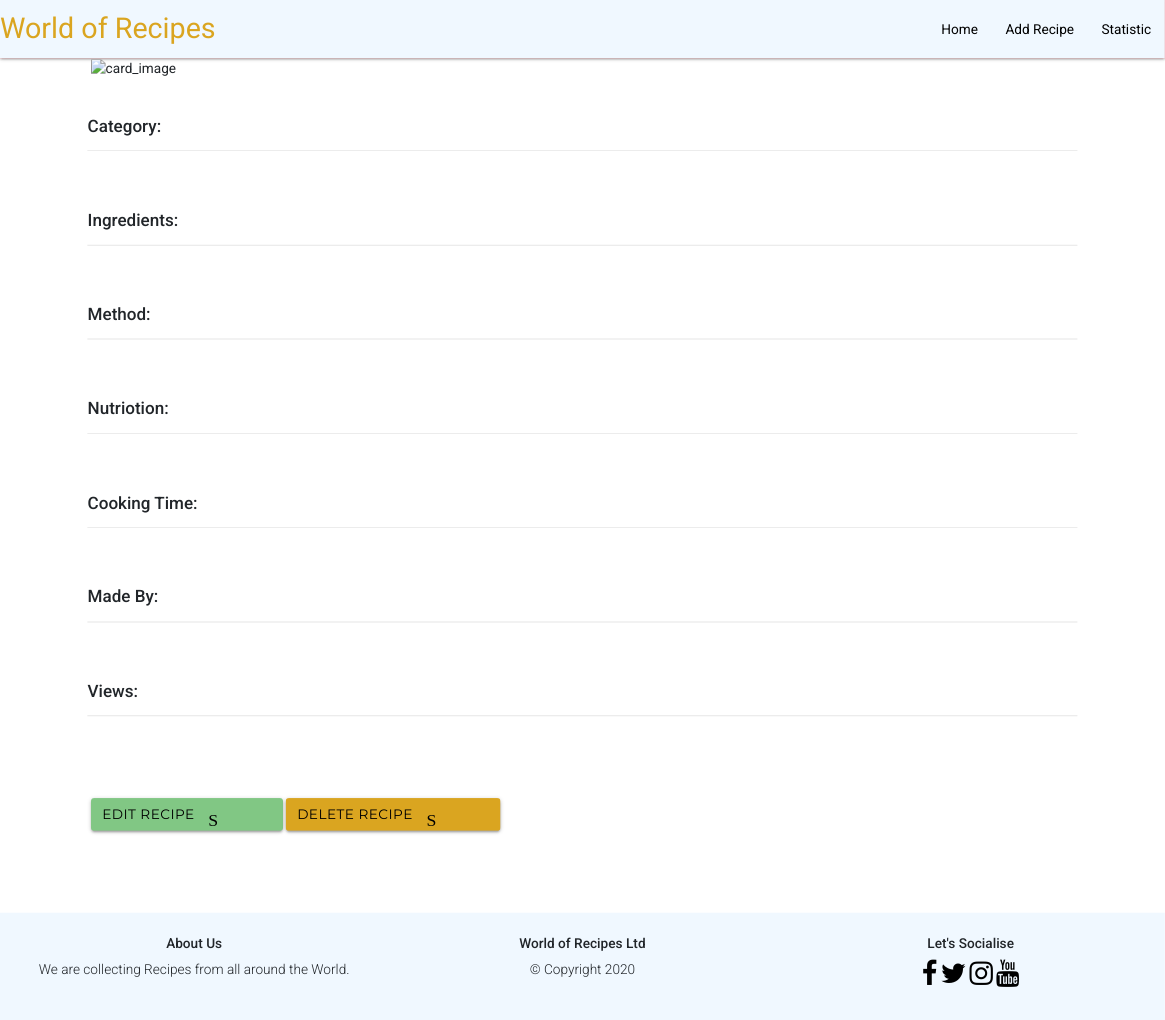
Repository: MarzDell/worldofrecipes
Page: templates/individual_recipe.html
The author's editor kept a record of every edit. The page is drawn from the files as they stood at one moment, then again after the next edit.
The browser window is 1280 px wide. The pictures show the whole page, at 91% of full size.
Some web libraries are served in a nearby version. The page is served by the project's application, run on Flask 3 (app.py). The template is opened directly, without the code that normally fills it, so the values that code supplies are empty.

Above is the page before.

### templates/individual_recipe.html
{% extends 'base.html' %} {% block content %}

<div class='container' style='line-height: 20px;'>
    <div class='view-image'>
        <img src="{{ recipe.img }}" alt='card_image' id='img_responsive'></img>
    </div>
    <h3 class='center-align'>{{ recipe.title }}</h3><br>
    <div class="{{url_for('insert', recipe_id=recipe._id) }}" method='POST' class='col s12'>
        <div class='row'>
            <div class='input-field col s12'>
                <div class='form-content'>
                    <h5>Category:</h5>
                    <span>{{ recipe.cateogories }}</span>
                    <hr>
                </div>
            </div>
        </div>
    </div>
         <div class='row'>
            <div class='input-field col s12'>
                <div class='form-content'>
                    <h5>Ingredients:</h5>
                    <span class='oth'>{{ recipe.ingredients}}</span>
                    <hr>
                </div>
            </div>
        </div>
         <div class='row'>
            <div class='input-field col s12'>
                <div class='form-content'>
                    <h5>Method:</h5>
                    <span class='oth'>{{ recipe.method }}</span>
                    <hr>
                </div>
            </div>
        </div>
        <div class='row'>
            <div class='input-field col s12'>
                <div class='form-content'>
                    <h5>Nutriotion:</h5>
                    <span class='oth'>{{ recipe.nutrition }}</span>
                    <hr>
                </div>
            </div>
        </div>
        <div class='row'>
            <div class='input-field col s12'>
                <div class='form-content'>
                    <h5>Cooking Time:</h5>
                    <span class='oth'>{{ recipe.time }}</span>
                    <hr>
                </div>
            </div>
        </div>
        <div class='row'>
            <div class='input-field col s12'>
                <div class='form-content'>
                    <h5>Made By:</h5>
                    <span class='oth'>{{ recipe.author }}</span>
                    <hr>
                </div>
            </div>
        </div><div class='row'>
            <div class='input-field col s12'>
                <div class='form-content'>
                    <h5>Views:</h5>
                    <span class='oth'>{{ recipe.views }}</span>
                    <hr>
                </div>
            </div>
        </div>

        <br>
        <br>
        <a href="{{ url_for('edit', recipe_id=recipe._id) }}"
        class='btn waves-effect waves-light edit-button green lighten-2'
        type='submit' name='edit'>Edit Recipe
        <i class='material-icons right'>Send</i></a>
        <a href="{{ url_for('delete', recipe_id=recipe._id) }}"
        onclick='javascript:return confirm ("Are you sure you want to delete this recipe?")'
        class="btn waves-effect waves-light sml_button accent-3"
        type='submit' name='action'>Delete Recipe
        <i class='material-icons right'>Send</i></a>
        <br>
        <br>
        <br>
        <br>
    </div>






{% endblock %}

### templates/base.html
<!DOCTYPE html>
<html lang="en">
<head>
    <link href="https://fonts.googleapis.com/icon?family=Material+Icons" rel="stylesheet">
    <link rel="stylesheet" href="https://cdnjs.cloudflare.com/ajax/libs/materialize/1.0.0/css/materialize.min.css">
    <link rel="stylesheet" href="https://maxcdn.bootstrapcdn.com/bootstrap/4.0.0/css/bootstrap.min.css" integrity="sha384-Gn5384xqQ1aoWXA+058RXPxPg6fy4IWvTNh0E263XmFcJlSAwiGgFAW/dAiS6JXm" crossorigin="anonymous">
    <link rel="stylesheet" href="https://maxcdn.bootstrapcdn.com/font-awesome/4.7.0/css/font-awesome.min.css" type="text/css" />
    <link rel="stylesheet" href="https://cdnjs.cloudflare.com/ajax/libs/hover.css/2.1.1/css/hover-min.css" type="text/css" />
    <link rel="stylesheet" href="{{ url_for('static', filename='css/style.css') }}" type="text/css" />
</head>
<body>
    <header>
        <nav>
            <div class="nav-wrapper">
                <a href="{{ url_for('index') }}" class="brand-logo">World of Recipes</a>


              <ul id="nav" class="right">
                    <li><a href="{{ url_for('view_recipe') }}">Home</a></li>
                    <li><a href="{{ url_for('add_recipe') }}">Add Recipe</a></li>
                    <li><a href="{{ url_for('stat') }}">Statistic</a></li>
                </ul>


            </div>
        </nav>
    </header>
    <div class='container'>
            {% block content %}
            {% endblock %}
    </div>

    <footer class="container-fluid ">
            <div class="row ">
                <div class="col-sm-4 ">
                    <h6 class="general about">About Us</h6>
                    <p class="inline-block ">
                        We are collecting Recipes from all around the World.
                    </p>
                </div>
                <div class="col-sm-4 ">
                    <h6 class="general copyright">World of Recipes Ltd</h6>
                    <p class="inline-block">
                        &copy; Copyright 2020
                    </p>
                </div>
                <div class="col-sm-4 ">
                    <h6 class="general social">Let's Socialise</h6>
                    <ul class="list-inline social-links ">
                        <li><a target="_blank" href="# "><i class="fa fa-facebook "></i></a></li>
                        <li><a target="_blank" href="# "><i class="fa fa-twitter "></i></a></li>
                        <li><a target="_blank" href="# "><i class="fa fa-instagram "></i></a></li>
                        <li><a target="_blank" href="# "><i class="fa fa-youtube "></i></a></li>
                    </ul>
                </div>
            </div>
        </footer>


    <script src="https://cdnjs.cloudflare.com/ajax/libs/jquery/3.4.1/jquery.min.js"></script>
    <script src="https://cdnjs.cloudflare.com/ajax/libs/materialize/1.0.0/js/materialize.min.js"></script>
    <script src="https://maxcdn.bootstrapcdn.com/bootstrap/4.0.0/js/bootstrap.min.js" integrity="sha384-JZR6Spejh4U02d8jOt6vLEHfe/JQGiRRSQQxSfFWpi1MquVdAyjUar5+76PVCmYl"
            crossorigin="anonymous"></script>

</body>
</html>

### app.py
import os
from flask import Flask, render_template, redirect, request, url_for
from flask_pymongo import PyMongo
from bson.objectid import ObjectId
from pymongo import TEXT


app = Flask(__name__)
app.config['MONGO_DBNAME'] = 'recipe_manager'
app.config['MONGO_URI'] = 'mongodb+srv://Cat:Kot@myfirstcluster-tlipu.mongodb.net/recipe_manager?retryWrites=true&w=majority'

mongo = PyMongo(app)

recipes = mongo.db.recipes
the_recipe = mongo.db.recipes
categories = mongo.db.categories

mongo.db.recipes.create_index([('$**', 'text')])

@app.route('/')
@app.route('/index')
def index():
    return render_template('index.html')

@app.route('/view_recipe')
def view_recipe():
    records = list(mongo.db.recipes.find())
    return render_template('view.html', recipes=records)

@app.route('/view_specific/<recipe_id>', methods=['GET', 'POST'])
def view_specific(recipe_id):
    mongo.db.recipes.update({'_id': ObjectId(recipe_id)},
                            {'$inc': {'views': 1}})
    the_recipe = mongo.db.recipes.find_one({'_id': ObjectId(recipe_id)})
    all_categories = mongo.db.categories.find()
    return render_template('individual_recipe.html',
                            recipe=the_recipe, categories=all_categories)

@app.route('/add_recipe')
def add_recipe():
    return render_template('insert.html',
                           categories=mongo.db.categories.find())

@app.route('/insert', methods=['POST'])
def insert():
    recipes = mongo.db.recipes
    payload = request.form.to_dict()
    payload.update({'views': 0})
    recipes.insert_one(payload)
    return redirect(url_for('view_recipe'))


@app.route('/edit/<recipe_id>', methods=['GET', 'POST'])
def edit(recipe_id):
    the_recipe = mongo.db.recipes.find_one
    ({"_id": ObjectId(recipe_id)})
    all_categories = mongo.db.categories.find()
    return render_template('edit_recipe.html', recipe=the_recipe, categories=all_categories)

@app.route('/update/<recipe_id>', methods=['POST'])
def update(recipe_id):
    recipes = mongo.db.recipes
    recipes.update({"_id": ObjectId(recipe_id)}, {
        "img": request.form.get('img'),
        "categories": request.form.get('categories'),
        "title": request.form.get('title'),
        "ingredients": request.form.get('ingredients'),
        "method": request.form.get('method'),
        "nutrition": request.form.get('nutrition'),
        "time": request.form.get('time'),
        "author": request.form.get('author'),
    })
    return redirect( url_for('view_recipe'))


@app.route('/delete/<recipe_id>')
def delete(recipe_id):
    mongo.db.recipes.delete_one({ "_id":ObjectId(recipe_id)})
    return redirect( url_for('view_recipe'))


@app.route('/search', methods=['GET', 'POST'])
def search():
    title = request.form.get('search')
    find = {'$text': {'$search':title}}
    results = mongo.db.recipes.find(find)
    return render_template('view.html', recipes=results, count=results.count())

@app.route('/count/<recipe_id>', methods=['GET', 'POST'])
def count():
    count = mongo.db.recipes.find({'_id': ObjectId(recipe_id)})
    mongo.db.recipes.update({'_id': ObjectId(recipe_id)},
                            {'$inc':{'view': 1}})
    return render_template('view.html', recipe=count)

@app.route('/stat')
def stat():
    return render_template('statistic.html')

if __name__ == '__main__':
    app.run(host=os.environ.get('IP'),
    port=int(os.environ.get('PORT')),
    debug=True)

### static/css/style.css
@import url('https://fonts.googleapis.com/css?family=Montserrat:100,200,300,400,500,600,700|Roboto:100,200,300,400,500,600,700');

body {
    background-color: white;
    margin: 0px;
    padding: 0px;
    font-family: 'Roboto' , sans-serif;
}

/***Landing Page***/

.background-container {
    background-image: url('https://newsroom.pinterest.com/sites/default/files/inline-images/Pinterest-100-c-blog-food_0.jpg');
    background-position: center center;
    background-repeat: no-repeat;
    background-attachment: fixed;
    background-size: cover;
    background-color: #f0f8ff;
    height: -webkit-fill-available;
    height: -moz-available;
    height: fill-available;
    width: 100%;

}

.header-landing {
    margin-top: 150px;
    font-size: 100px;
    color: black;
    text-align: center;
    font-family: 'Roboto', sans-serif;
    font-weight: 700;
}

.enter-button {

    margin-left: auto;
    margin-right: auto;
    width: 50%;
    font-size: 80px;
    background-color: transparent;

}
.btn {
    background-color: #DAA520;
    font-family: 'Montserrat', sans-serif;
    color: black;
}

a {
    color: black;
}

a:hover {
    text-decoration: none;
    color: black;
}

/*** Nav***/

.nav-wrapper {
    background-color: #f0f8ff;
}

nav .brand-logo,
nav ul a {
    color:black;
}

nav .brand-logo:hover ,
nav ul a:hover {
    color: #DAA520;
}


/*** Home Page***/
.header {
    text-align: center;
    font-size: 20px;
    font-family: 'Montserrat', sans-serif;
    font-weight: 300;
    margin-top: 50px;
}

strong {
    font-size: 50px;
    font-family: 'Montserrat', sans-serif;
    font-weight: 300;
}

#search {
    text-align: center;
    font-size: 30px;
    font-family: 'Montserrat', sans-serif;
    font-weight: 400;
    margin-bottom: 15px;
}

#search: after{
    background-color: transparent;
}

.view{
    margin-top:20px;

}
/*** Footer***/
footer {
    background-color: #f0f8ff;
    margin: 0 auto;
    position: absolute;
    margin-top: 30px;
    padding-top: 25px;
}

.col-sm-4 {
    text-align: center;
}

.fa {
    font-size: 30px;
}

.col-sm-4 {
    font-family: 'Roboto', sans-serif;
    font-weight: 300;
}
li {
    display: inline-block;
}
.fa:hover {
    color: #DAA520;
}

After the next edit:
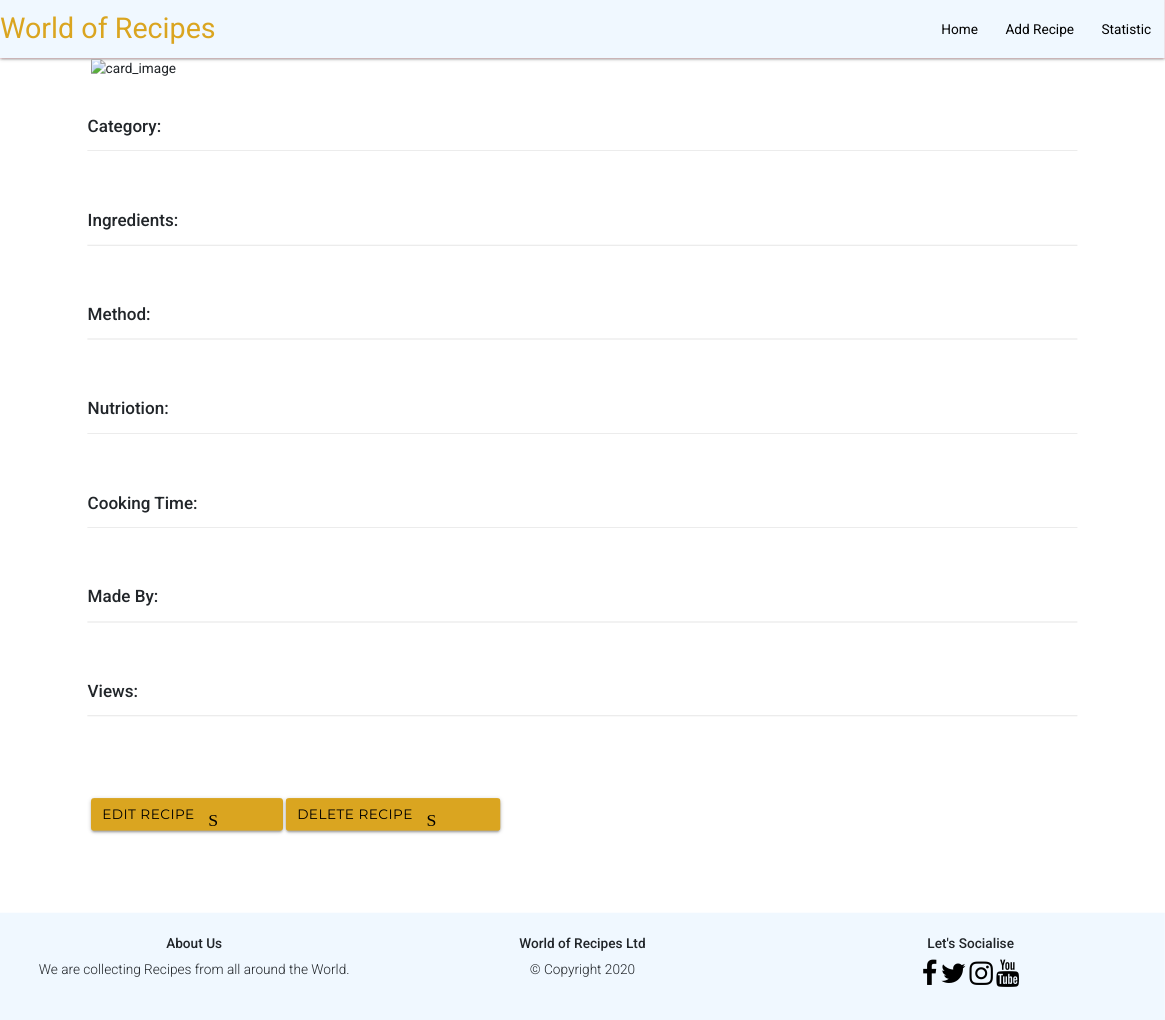
The edit:
--- a/templates/individual_recipe.html
+++ b/templates/individual_recipe.html
@@ -73,7 +73,7 @@
         <br>
         <br>
         <a href="{{ url_for('edit', recipe_id=recipe._id) }}"
-        class='btn waves-effect waves-light edit-button green lighten-2'
+        class="btn waves-effect waves-light sml_button accent-3"
         type='submit' name='edit'>Edit Recipe
         <i class='material-icons right'>Send</i></a>
         <a href="{{ url_for('delete', recipe_id=recipe._id) }}"
